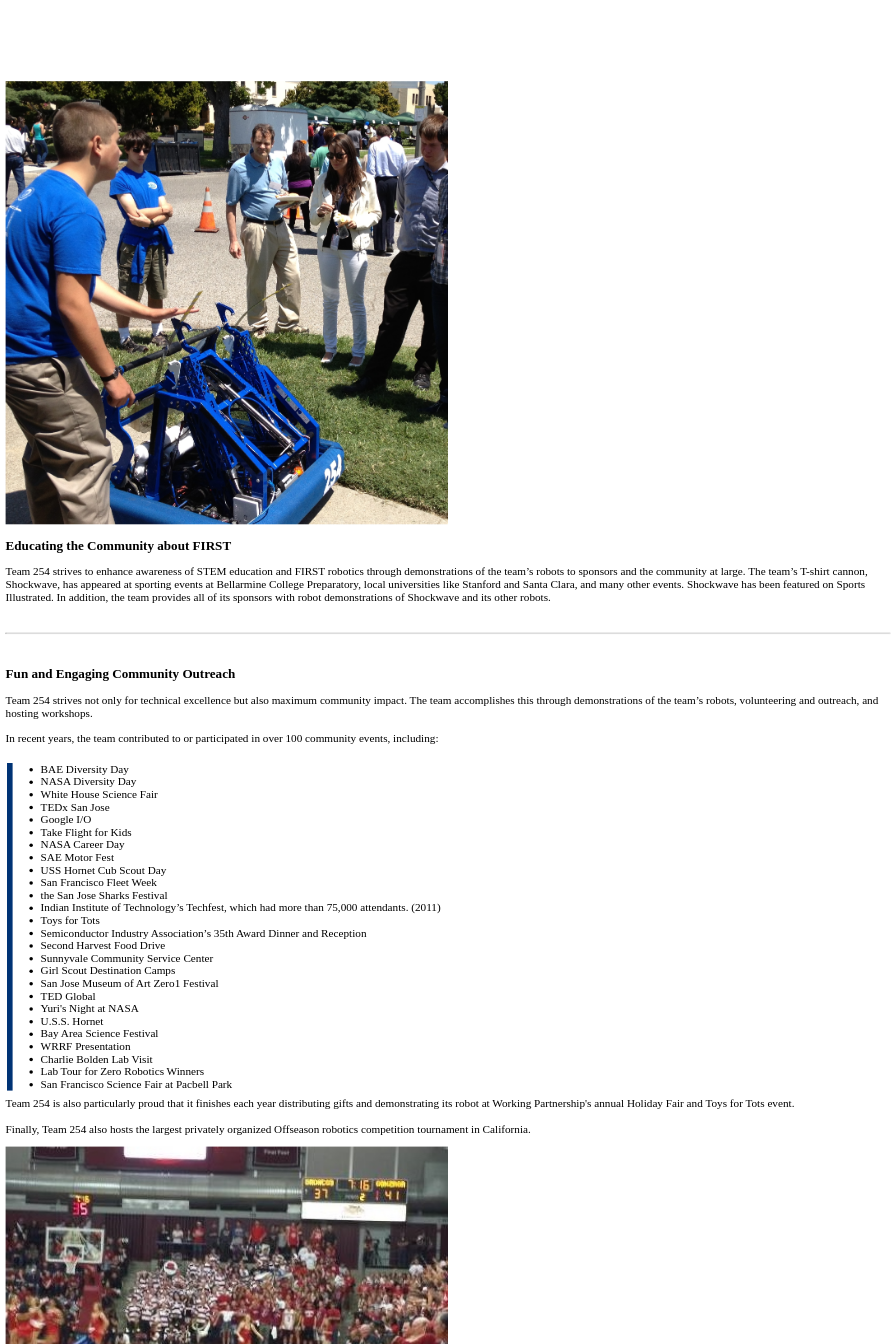
Repository: benjaminha14/pitmonitor
Page: workspace/views/outreach.html
The author's editor kept a record of every edit. The page is drawn from the files as they stood at one moment, then again after the next edit.
The browser window is 1280 px wide. The pictures show the part of the page from y = 0 to 1920 px (the page is 3699 px tall before and 4722 px after), at 70% of full size.

Above is the page before.

After the next edit:
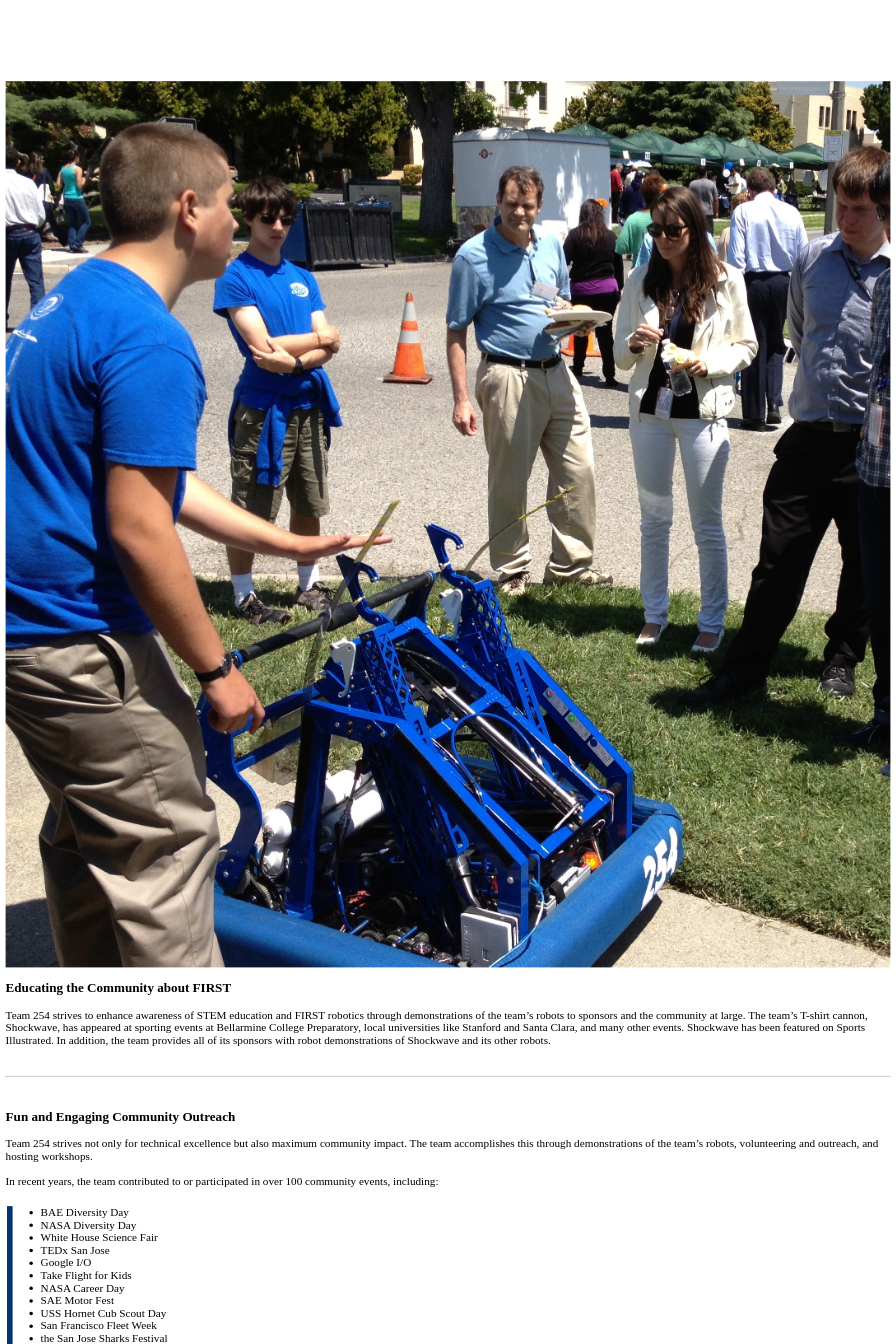
The edit:
--- a/workspace/views/outreach.html
+++ b/workspace/views/outreach.html
@@ -1,11 +1,3 @@
-<style type="text/css">
-img {
-    width: 50%;
-}
-body {
-    width: screen-width;
-}
-</style>
 
 <br/>
 <br/>
